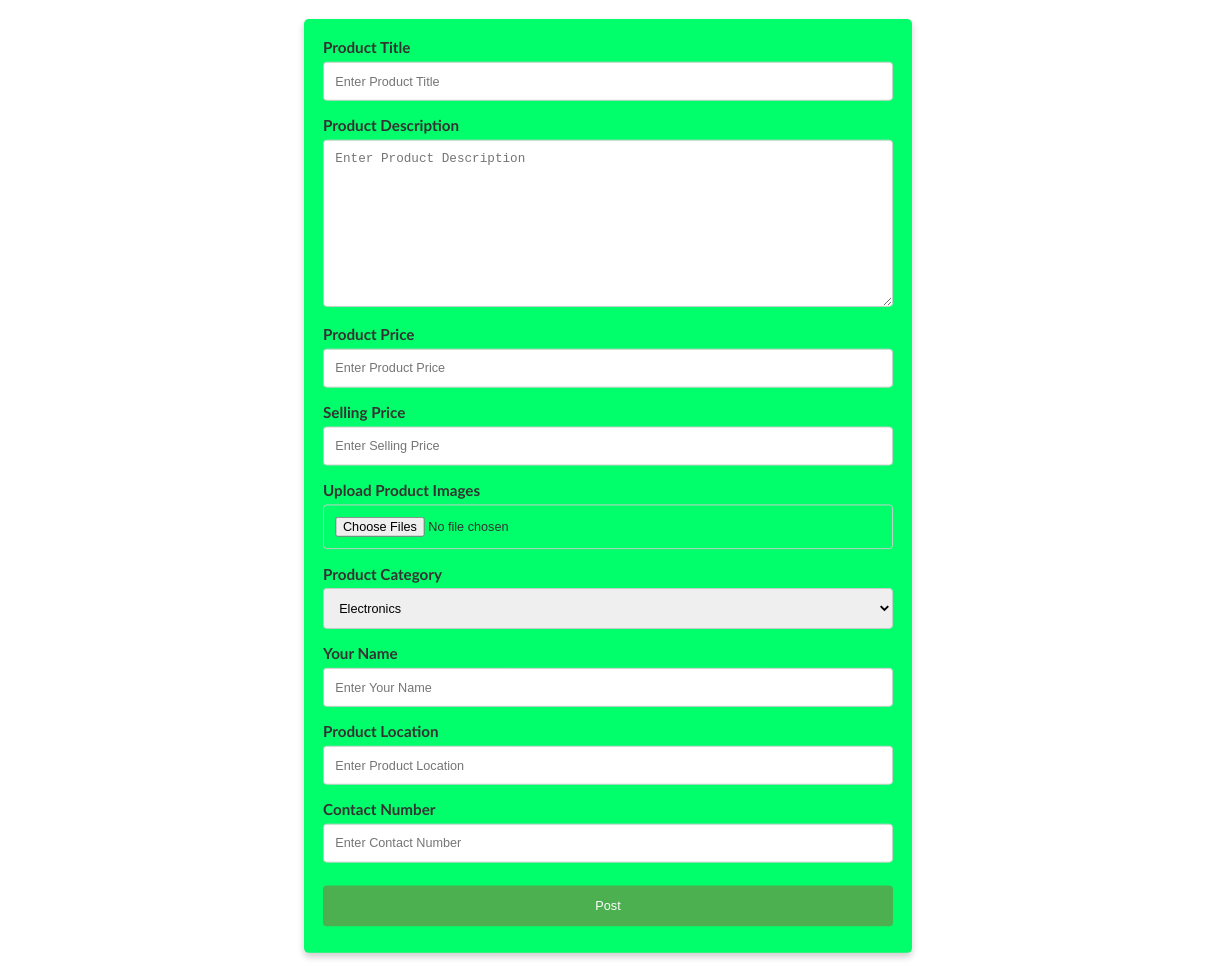
Repository: John-Prabu-A/web-dev-summer-school
Page: Session_1_Assignment/sell.html
The author's editor kept a copy of each file at every save. The page is drawn from the files as they stood at one save, then again after the next save.
The browser window is 1280 px wide. The pictures show the whole page, at 95% of full size.

Above is the page before, as saved 2024-06-20 14:54:42.

After the next save:
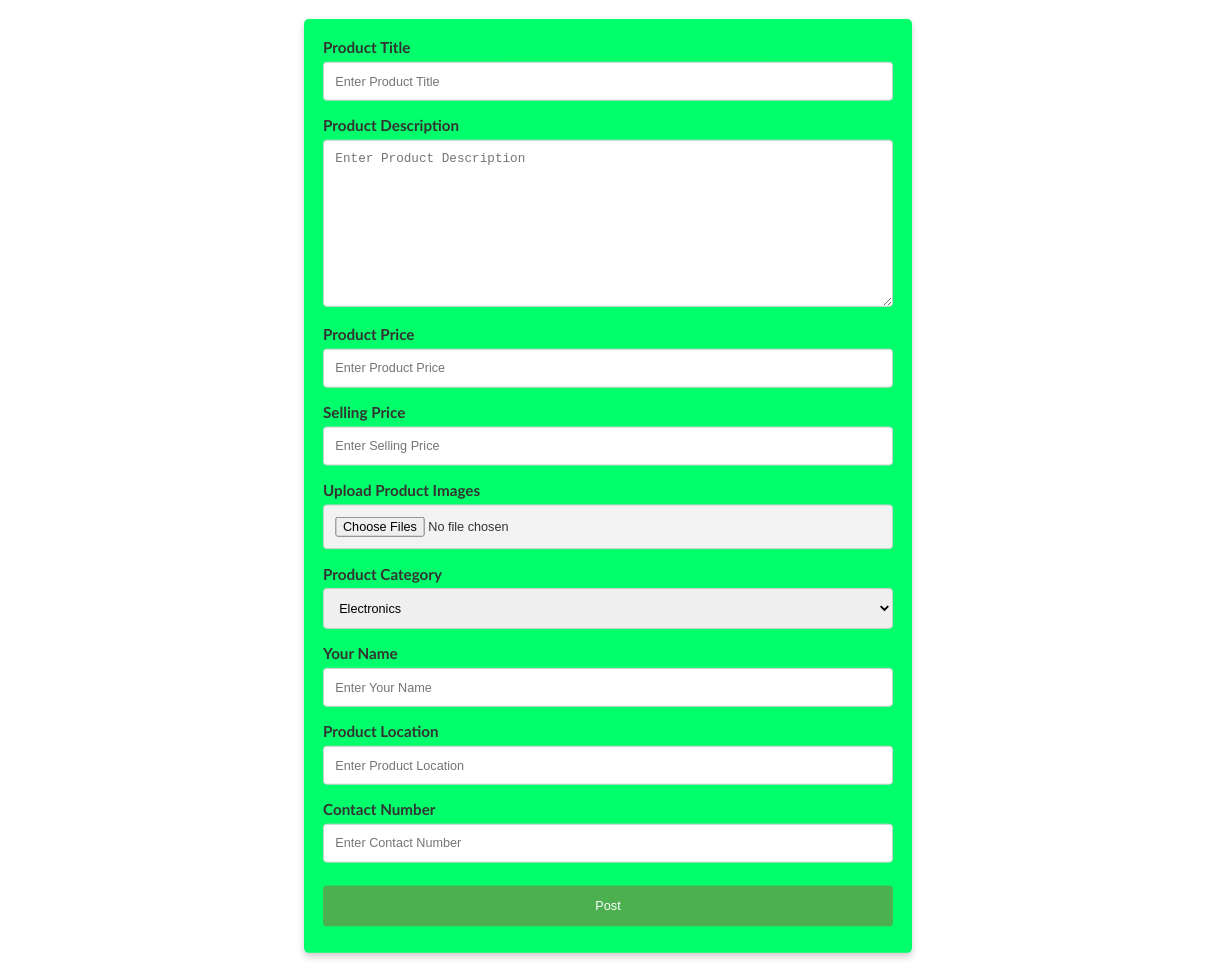
Saved 14 s later.
--- a/Session_1_Assignment/sell.html
+++ b/Session_1_Assignment/sell.html
@@ -80,6 +80,7 @@
             width: 100%;
             padding: 12px;
             border: 1px solid #ccc;
+            background-color: #f3f3f3;
             border-radius: 4px;
             box-sizing: border-box;
             margin-top: 6px;
